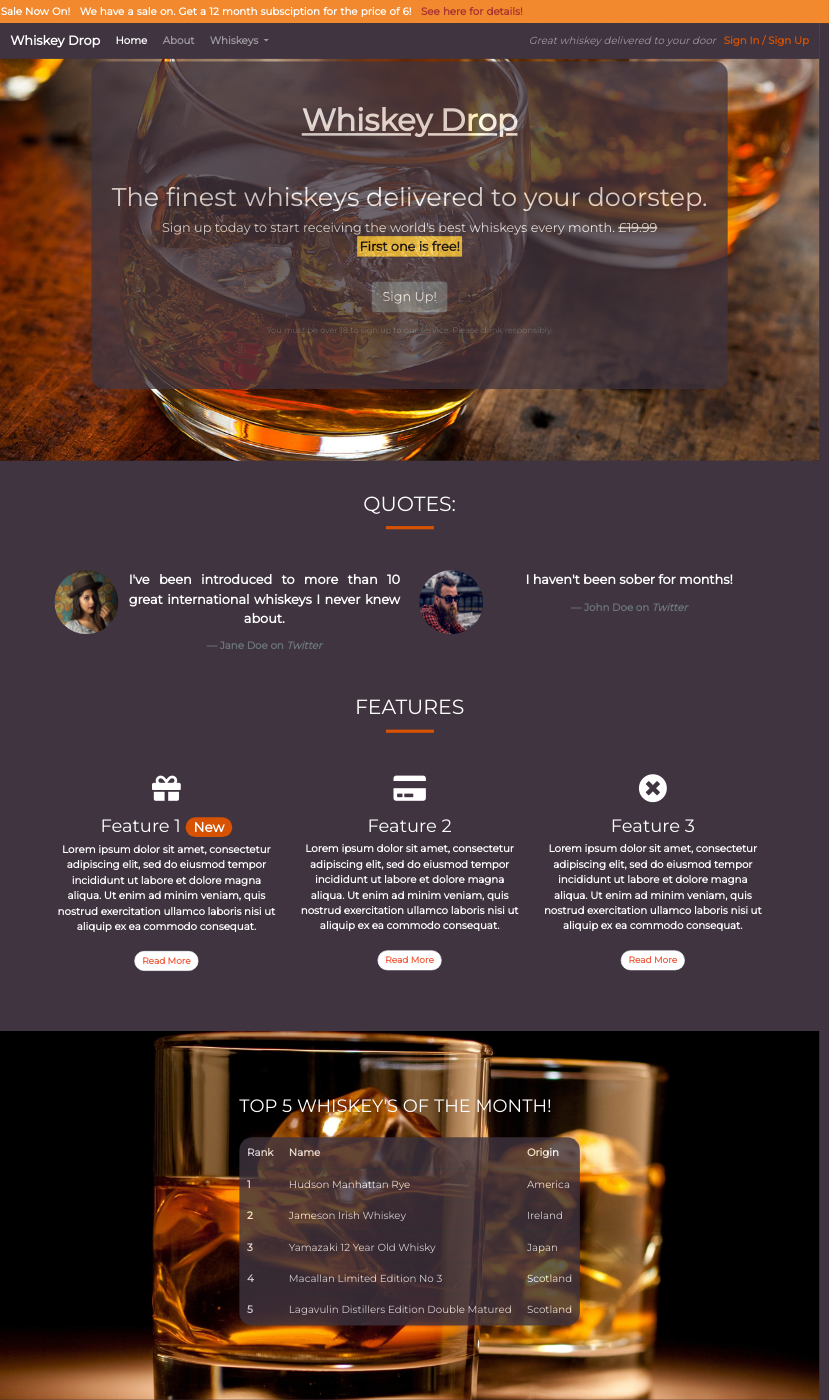
Repository: ClaireRoberts1403/Whiskey-Drop
Page: index.html
The author's editor kept a record of every edit. The page is drawn from the files as they stood at one moment, then again after the next edit.
The browser window is 1280 px wide. The page is 1295 px wide, so the pictures cover 1295 px, including what lies to the right of the window. The pictures show the whole page, at 64% of full size.
Backgrounds fixed to the window are drawn as part of the page. Some web libraries are served in a nearby version.

Above is the page before.

### index.html
<!DOCTYPE html>
<html lang="en-us">

<head>
    <meta charset="utf-8">
    <meta name="viewport" content="width=device-width, initial-scale=1.0">
    <title>Whiskey Drop | Taste a new whiskey every month</title>
    <link rel="stylesheet" href="https://maxcdn.bootstrapcdn.com/bootstrap/4.1.3/css/bootstrap.min.css">
    <link rel="stylesheet" href="https://use.fontawesome.com/releases/v5.6.1/css/all.css" integrity="sha384-gfdkjb5BdAXd+lj+gudLWI+BXq4IuLW5IT+brZEZsLFm++aCMlF1V92rMkPaX4PP" crossorigin="anonymous">
    <link href="https://fonts.googleapis.com/css?family=Montserrat&display=swap" rel="stylesheet">
    <link rel="stylesheet" href="CSS/style.css" type="text/css" />
</head>

<body>
    <!-- Nav-alert -->
    <div class="container-fluid navalert-container">
        <div class="container-fluid alert-container">
            <div class="row d-none d-sm-block">
                <div class="col-12">
                    <div class="alert alert-warning">
                        <strong>Sale Now On!</strong>&nbsp&nbsp We have a sale on. Get a 12 month subsciption for the price of 6! &nbsp <a class="a1" href="">See here for details!</a>
                    </div>
                </div>
            </div>
        </div>
        <!-- Nav -->
        <nav class="navbar navbar-dark navbar-expand-sm bg-dark">
            <a href="/" class="navbar-brand">Whiskey Drop</a>
            <button class="navbar-toggler ml-auto" type="button" data-toggle="collapse" data-target="#navbarNavDropdown" aria-controls="navbarNavDropdown" aria-expanded="false" aria-label="Toggle navigation">
        <span class="navbar-toggler-icon"></span></button>

            <div class="collapse navbar-collapse" id="navbarNavDropdown">
                <ul class="navbar-nav mr-auto">
                    <li class="active nav-item mr-2"><a class="nav-link" href="/">Home</a></li>
                    <li class="nav-item mr-2"><a class="nav-link" href="">About</a></li>
                    <li class="nav-item dropdown">
                        <a class="nav-link dropdown-toggle" href="#" id="navbarDropdownMenuLink" role="button" data-toggle="dropdown" aria-haspopup="true" aria-expanded="false">
                        Whiskeys
                        </a>
                        <div class="dropdown-menu" aria-labelledby="navbarDropdownMenuLink">
                            <a class="dropdown-item" href="#">Irish</a>
                            <a class="dropdown-item" href="#">Scotch</a>
                            <a class="dropdown-item" href="#">Japanese</a>
                            <a class="dropdown-item" href="#">American</a>

                    </li>
                    <li class="nav-item mr-2 d-block d-sm-none"><a class="nav-link" href="">Sign In / Sign Up</a></li>
                </ul>
                </div>
                <div class="d-none d-md-none d-lg-block">
                    <p class="navbar-text my-auto mr-2"><i>Great whiskey delivered to your door</i></p>
                    <a class="a" href="/login">Sign In / Sign Up</a>
                </div>
        </nav>
        </div>
    </div>
    <!-- Jumbotron -->
    <div class="container-fluid callout-container">
        <div class="row">
            <div class="col-12">
                <section class="jumbotron text-center">
                    <h1 class="jumbotron-header1">Whiskey Drop<br><br></h1>
                    <h1 class="jumbotron-header">The finest whiskeys delivered to your doorstep.</h1>
                    <p class="lead">Sign up today to start receiving the world's best whiskeys every month.
                        <s class="d-none d-sm-inline">£19.99</s>
                        <span class="d-inline d-sm-none"><br></span>
                        <br><strong><mark>First one is free!</mark></strong></p><br>
                    <p>
                        <button class="btn btn-lg btn-secondary" data-toggle="modal" data-target="#signUpModal">
                        Sign Up!
                        </button>
                    </p>
                    <p class="text-muted"><small>You must be over 18 to sign up to our service. Please drink responsibly.</small>
                    </p>
                </section>
            </div>
        </div>
    </div>
    <!-- Quotes -->
    <div class="container quotes-container">
        <section class="quotes">
            <div class="row">
                <div class="col-12 my-5">
                    <h2 class="text-uppercase">Quotes:</h2>
                    <hr class="block-divider">
                </div>
            </div>
            <div class="row ">
                <div class="col-12 col-md-6">
                    <div class="media">
                        <div class="d-none d-sm-block">
                            <img src="images/girl-image.png" class="rounded-circle mr-3" height=100 width=100>
                        </div>
                        <div class="media-body">
                            <blockquote class="blockquote">
                                <p>I've been introduced to more than 10 great international whiskeys I never knew about.</p>
                                <footer class="blockquote-footer">Jane Doe on <cite title="Twitter">Twitter</cite></footer>
                            </blockquote>
                        </div>
                    </div>
                </div>
                <div class="col-12 col-md-6">
                    <div class="media">
                        <div class="d-none d-sm-block">
                            <img src="images/guy-image.png" class="rounded-circle mr-3" height=100 width=100>
                        </div>
                        <div class="media-body">
                            <blockquote class="blockquote">
                                <p>I haven't been sober for months!</p>
                                <footer class="blockquote-footer">John Doe on <cite title="Twitter">Twitter</cite></footer>
                            </blockquote>
                        </div>
                    </div>
                </div>
            </div>
        </section>

    </div>
    <!-- Features -->
    <div class="container features-container">
        <section class="features">
            <div class="row">
                <div class="col-12 my-5">
                    <h2 class="text-uppercase">Features</h2>
                    <hr class="block-divider">
                </div>
            </div>
            <div class="row">
                <div class="col-12 col-md-6 col-lg-4">
                    <div class="feature ">
                        <h3><i class="fas fa-gift d-none d-sm-block"></i>Feature 1&nbsp<span class="badge badge-pill badge-secondary">New</span></h3>
                        <p>Lorem ipsum dolor sit amet, consectetur adipiscing elit, sed do eiusmod tempor incididunt ut labore et dolore magna aliqua. Ut enim ad minim veniam, quis nostrud exercitation ullamco laboris nisi ut aliquip ex ea commodo consequat.
                        </p>
                        <p><a class="btn btn-sm btn-light " href="#">Read More</a></p>
                    </div>
                </div>
                <div class="col-12 col-md-6 col-lg-4 ">
                    <div class="feature">
                        <h3><i class="fas fa-credit-card d-none d-sm-block"></i>Feature 2</h3>
                        <p>Lorem ipsum dolor sit amet, consectetur adipiscing elit, sed do eiusmod tempor incididunt ut labore et dolore magna aliqua. Ut enim ad minim veniam, quis nostrud exercitation ullamco laboris nisi ut aliquip ex ea commodo consequat.
                        </p>
                        <p><a class="btn btn-sm btn-light" href="#">Read More</a></p>
                    </div>
                </div>
                <div class="col-12 d-md-none d-lg-block col-lg-4">
                    <div class="feature">
                        <h3><i class="fas fa-times-circle d-none d-sm-block"></i>Feature 3</h3>
                        <p>Lorem ipsum dolor sit amet, consectetur adipiscing elit, sed do eiusmod tempor incididunt ut labore et dolore magna aliqua. Ut enim ad minim veniam, quis nostrud exercitation ullamco laboris nisi ut aliquip ex ea commodo consequat.
                        </p>
                        <p><a class="btn btn-sm btn-light" href="#">Read More</a></p>
                    </div>
                </div>
            </div>
        </section>
    </div>
    <br>
    <!-- Favourites -->
    <div class="container-fluid favourites-container">
        <div class="row">
            <div class="col-12 my-5">
                <section>
                    <table class="table table-dark">
                        <thead>
                            <h3 class="text-uppercase">Top 5 Whiskey's of the Month!</h3>
                            <br>
                            <tr>
                                <th scope="col">Rank</th>
                                <th scope="col">Name</th>
                                <th scope="col">Origin</th>
                            </tr>
                        </thead>
                        <tbody>
                            <tr>
                                <th scope="row">1</th>
                                <td>Hudson Manhattan Rye</td>
                                <td>America</td>
                            </tr>
                            <tr>
                                <th scope="row">2</th>
                                <td>Jameson Irish Whiskey</td>
                                <td>Ireland</td>
                            </tr>
                            <tr>
                                <th scope="row">3</th>
                                <td>Yamazaki 12 Year Old Whisky</td>
                                <td>Japan</td>
                            </tr>
                            <tr>
                                <th scope="row">4</th>
                                <td>Macallan Limited Edition No 3</td>
                                <td>Scotland</td>
                            </tr>
                            <tr>
                                <th scope="row">5</th>
                                <td>Lagavulin Distillers Edition Double Matured</td>
                                <td>Scotland</td>
                            </tr>
                        </tbody>
                    </table>
                </section>
            </div>
        </div>
    </div>
    <!-- Modal -->
    <div class="modal" tabindex="-1" role="dialog" id="signUpModal">
        <div class="modal-dialog" role="document">
            <div class="modal-content">
                <div class="modal-header">
                    <h5 class="modal-title">Sign Up To Whiskey Drop!</h5>
                    <button type="button" class="close" data-dismiss="modal" aria-label="Close">
          <span aria-hidden="true">&times;</span>
        </button>
                </div>
                <div class="modal-body">
                    <form>
                        <div class="form-group">
                            <label for="exampleInputEmail1">Email address</label>
                            <input type="email" class="form-control" id="exampleInputEmail1" aria-describedby="emailHelp" placeholder="Enter email">
                            <small id="emailHelp" class="form-text text-muted">We'll never share your email with anyone else.</small>
                        </div>
                        <div class="form-group">
                            <label for="password">Password</label>
                            <input type="password" class="form-control" id="password" placeholder="Password">
                        </div>
                        <div class="form-group">
                            <label for="repeatPassword">Repeat Password</label>
                            <input type="password" class="form-control" id="repeatPassword" placeholder="Repeat Password">
                        </div>
                        <button type="submit" class="btn btn-secondary">Submit</button>
                    </form>
                </div>
            </div>
        </div>
    </div>
</body>
<script src="https://code.jquery.com/jquery-3.3.1.slim.min.js " integrity="sha384-q8i/X+965DzO0rT7abK41JStQIAqVgRVzpbzo5smXKp4YfRvH+8abtTE1Pi6jizo " crossorigin="anonymous "></script>
<script src="https://cdnjs.cloudflare.com/ajax/libs/popper.js/1.14.7/umd/popper.min.js " integrity="sha384-UO2eT0CpHqdSJQ6hJty5KVphtPhzWj9WO1clHTMGa3JDZwrnQq4sF86dIHNDz0W1 " crossorigin="anonymous "></script>
<script src="https://stackpath.bootstrapcdn.com/bootstrap/4.3.1/js/bootstrap.min.js " integrity="sha384-JjSmVgyd0p3pXB1rRibZUAYoIIy6OrQ6VrjIEaFf/nJGzIxFDsf4x0xIM+B07jRM " crossorigin="anonymous "></script>

</html>

### CSS/style.css
body {
    font-family: 'Montserrat', sans-serif;
    background-color: #3F343F;
}

/* Nav */

.navbar {
    background-color: #3F343F!important;
}

.a {
    color: #D85204;
    text-decoration: none;
    background-color: transparent;
    font-weight: bold;
}

.a1 {
    color: #A53131;
    text-decoration: none;
    background-color: transparent;
    font-weight: bold;
}

.a1:hover {
    color: #D85204;
}

.a:hover {
    color: #F24C26;
}

.navbar-brand {
    font-weight: bold;
}

.navalert-container {
    position: absolute;
    top: 0;
    left: 0;
    z-index: 1;
    padding-left: 0;
    padding-right: 0;
}



.navbar {
    margin-bottom: 0;
    width: 100%;
    background-color: #3F343F;
    border: 0;
}



.navbar .navbar-toggler {
    border: 0;
}


.navbar .navbar-brand {
    font-weight: bold;
}

.navbar .navbar-nav a {
    font-weight: bold;
}


.dropdown-item {
    color: #3F343F;
}

.dropdown-item:hover {
    background-color: #D6C9C1;
}


/* Containers */

/*
.container-wrapper {}

.container-wrapper--red {
    background-color: #f05f40;
    color: white;
}
*/

.alert-container {
    padding: 0;
}

.alert-warning {
    border-radius: 0;
    margin-bottom: 0;
    padding: 5px 15px;
    background-color: #F2892E;
    border-color: #F2892E;
    color: white;
    font-weight: bold;
    word-spacing: 0.05em;
}

.callout-container {
    height: 100vh;
    background: url('../images/bourbon-on-the-rocks.jpg') no-repeat center center fixed;
    -webkit-background-size: cover;
    -moz-background-size: cover;
    -o-background-size: cover;
    background-size: cover;

    display: flex;
    align-items: center;
    justify-content: center;

    position: relative;
}
/* center center =bottom right*/



.callout-container .mark, mark {
    background-color: #ffce3b;
    font-weight: bold;
}
/*
.content-container {
    padding-top: 75px;
    padding-bottom: 75px;
}*/

.quotes-container {
    background-color: #3F343F;
    color: white;
    font-weight: bold;
    background-size: cover;
    display: flex;
    align-items: center;
    justify-content: center;
    text-align-last: center;
    text-align: justify;
    position: relative;

}

.features-container {
    color: white;
    font-weight: bold;
    text-align-last: center;
    text-align: justify;
}


/* Features*/

.features .btn {
    border-radius: 10px;
    font-weight: bold;
}

.feature i {
    margin-bottom: 20px;
    font-size: 45px;
    line-height: 45px;
}

.badge-secondary {
    background-color: #D85204;
}

/* Block dividers */

.block-divider {
    width: 75px;
    height: 5px;
    border: 0;
    background-color: #D85204;
}



/* Favourites */

.favourites-container {
    margin-top: 30px;
    display: flex;
    align-items: center;
    justify-content: center;
    height: 80vh;
    color: white;
    background: url('../images/whisky-glass.jpg') no-repeat center center fixed;
    -webkit-background-size: cover;
    -moz-background-size: cover;
    -o-background-size: cover;
    background-size: cover;

}

.table-dark {
    background-color: #3F343F;
    opacity: 0.8;
    border-radius: 20px;
    border-color: transparent;
    border: hidden;
}

/* Jumbotron */

.jumbotron {
    background-color: #3F343F;
    opacity: 0.75;
    margin-top: 1em;
    border-radius: 20px;
    color: white;
}


.jumbotron text-center jumbotron-header {
    color: white;
    font-weight: bold;
    margin-bottom: 30px;
}

.jumbotron-header1 {
    color: white;
    font-weight: bolder;
    text-shadow: 2px 2px 2px #3F343F;
    font-size: 3em;
    text-decoration: underline;
}

@media (min-width:760px) {

    .jumbotron:hover {
        font-size: 1.5em;
        transition-duration: 2s;
        transition-timing-function: ease-in-out;
        opacity: 0.85;
    }

}
==============================================================================




/* Jumbotron

.jumbotron {
    background-color: transparent;
}

.jumbotron h1 {
    color: white;
    font-weight: bold;
    margin-bottom: 30px;
    color: white;
}

.jumbotron .lead {
    color: #a7a7a7;
    margin: 25px 0;
}

.jumbotron small {
    font-size: 60%;
    font-style: italic;
    color: #d0d0d0;
}
*/


/* Buttons */

.btn--cta {
    font-weight: bold;
    border-radius: 23px;
    width: 160px;
}

.btn--red {
    color: white;
    background-color: #f05f40;
    border-color: #f05f40;
}

.btn--red:hover,
.btn--red:active,
.btn--red:focus,
.btn--red:active:focus {
    background-color: #df4929;
    border-color: #df4929;
    color: white;
}

/* Alert */

.alert-container .col-12 {
    padding-left: 0;
    padding-right: 0;
}

.site-wide-alert {
    color: #544600;
    background-color: #eec802;
    border-color: #eec802;
    padding: 5px 15px;
    margin-bottom: 0;
    border: 1px solid transparent;
    border-radius: 0;
}

/* Page Headers */

.page-header {
    margin-bottom: 0;
    border-bottom: 0;
    text-align: center;
}

.page-header h2 {
    margin-top: 0;
}

/* Quotes */

.quotes .page-header {
    margin-bottom: 25px;
}

/* Features */

.feature {
    text-align: center;
    margin-bottom: 40px;
}

.feature i {
    margin-bottom: 20px;
    font-size: 45px;
    line-height: 45px;
}

.feature .btn {
    background-color: white;
    border-color: white;
    border-radius: 15px;
    min-width: 100px;
    font-weight: bold;
    margin-top: 10px;
    color: #f05f40;
}
*/

After the next edit:
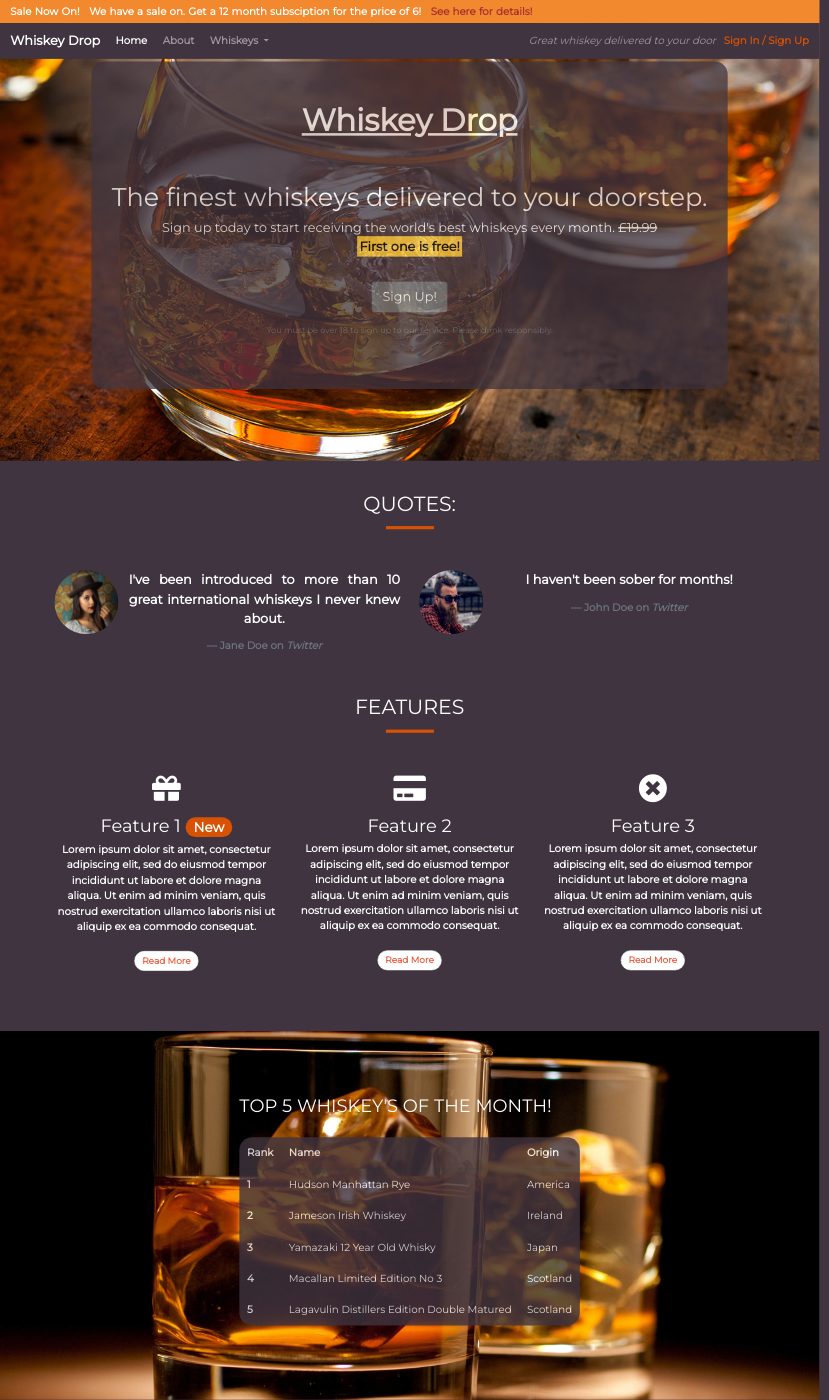
The edit:
--- a/CSS/style.css
+++ b/CSS/style.css
@@ -273,28 +273,6 @@
 */
 
 
-/* Buttons */
-
-.btn--cta {
-    font-weight: bold;
-    border-radius: 23px;
-    width: 160px;
-}
-
-.btn--red {
-    color: white;
-    background-color: #f05f40;
-    border-color: #f05f40;
-}
-
-.btn--red:hover,
-.btn--red:active,
-.btn--red:focus,
-.btn--red:active:focus {
-    background-color: #df4929;
-    border-color: #df4929;
-    color: white;
-}
 
 /* Alert */
 
